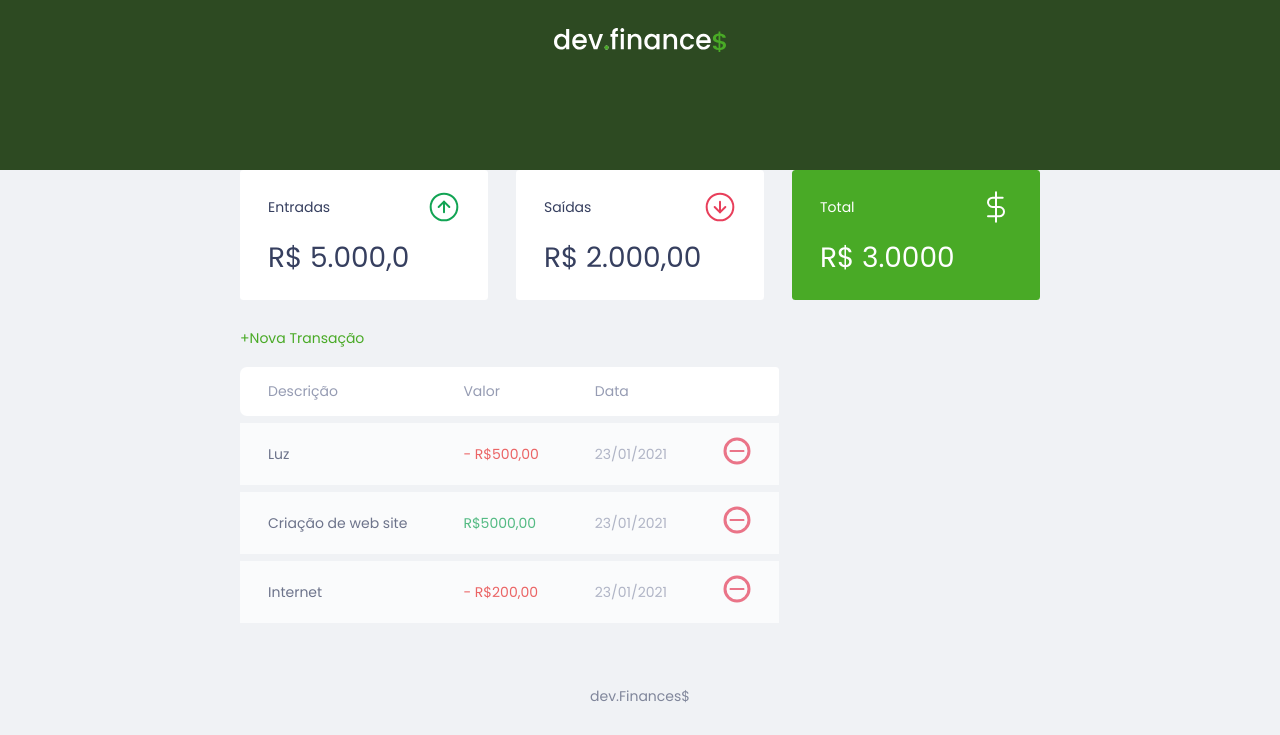
Repository: rafaelmgr12/maratona-dev01
Page: index.html
These files come from the project's save history. The page is drawn as it stood at one moment and after the next save; the edit follows.
The browser window is 1280 px wide. The pictures show the whole page.

Above is the page before, as saved 2021-04-28 09:28:36.

After the next save:
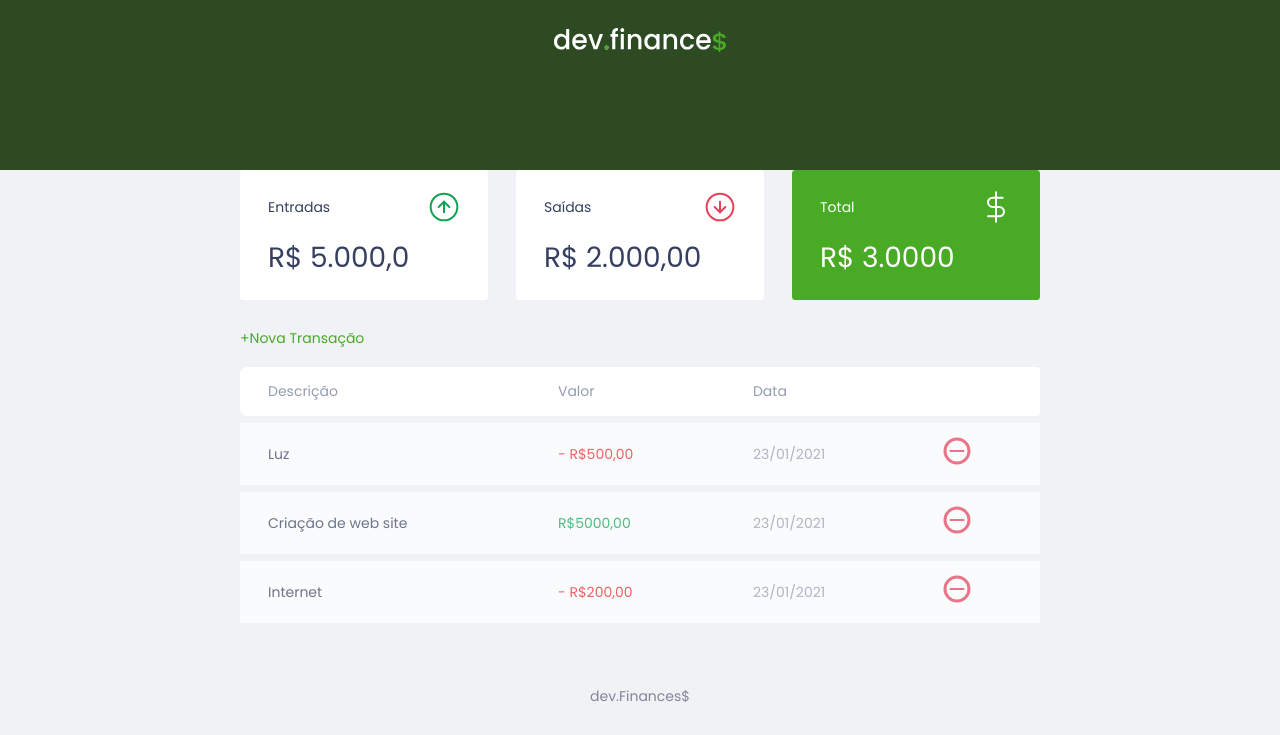
Saved 90 min 23 s later.
--- a/style.css
+++ b/style.css
@@ -112,8 +112,13 @@ balance h2 {
   color: white;
 }
 /* Table  ======================================== */
+#transaction {
+  display: block;
+  width: 100%;
+  overflow-x: auto;
+}
 #data-table {
-  display: block;
+
   width: 100%;
   border-spacing: 0 0.5rem;
   color: #969cb3;
